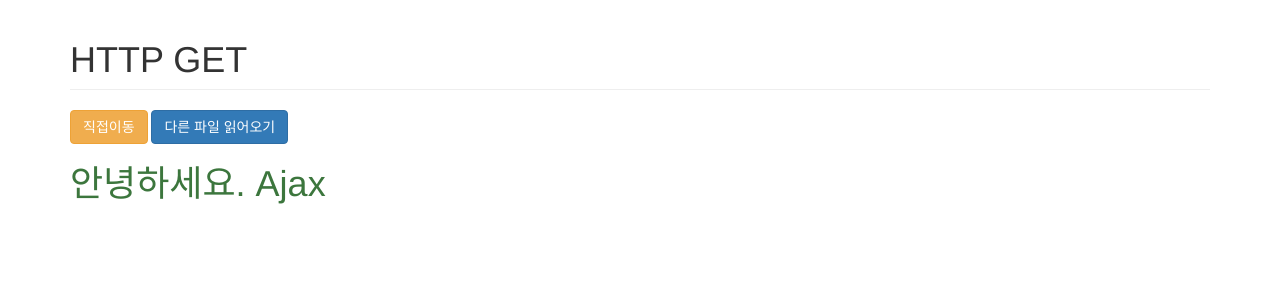
Repository: philip-yoo/test4
Page: aj/Hello/WebContent/jq15/03-get.html
The author's editor kept a copy of each file at every save. The page is drawn from the files as they stood at one save, then again after the next save.
The browser window is 1280 px wide. The pictures show the whole page.
After loading, the first visible `#mybutton` was clicked once.
The page's requests for data from a server got no answer.

Above is the page before, as saved 2020-12-02 05:47:30.

### aj/Hello/WebContent/jq15/03-get.html
<!DOCTYPE html>
<html>
<head>
<meta charset="utf-8">
<meta name="viewport" content="width=device-width,initial-scale=1.0,minimum-scale=1.0,
maximum-scale=1.0,user-scalable=no" />
<title>Hello Javascript</title>

    <link rel="stylesheet" href="http://maxcdn.bootstrapcdn.com/bootstrap/3.3.6/css/bootstrap.min.css"/>
    <script src="http://code.jquery.com/jquery.min.js"></script>
    <script src="http://maxcdn.bootstrapcdn.com/bootstrap/3.3.6/js/bootstrap.min.js"></script>
    <link rel="shortcut icon" href="/favicon.ico" type="image/x-icon">
<link rel="icon" href="/favicon.ico" type="image/x-icon">

<!-- AjaxHelper -->
<script src="../plugins/ajax/ajax_helper.js"></script>
<link rel="stylesheet" href="../plugins/ajax/ajax_helper.css" type="text/css" />
</head>

<body>
<div class="container">
<h1 class="page-header">HTTP GET</h1>
<!-- 직접 이동 -->
<a href="../api/get.do?num1=123&num2=456" class="btn btn-warning">직접이동</a>

<button id ="mybutton" class="btn btn-primary" type="button">다른 파일 읽어오기</button>
<!-- 결과가 출력될 div -->
<div id="result"></div>

</div>

<script type="text/javascript">
$(function(){
	$("#mybutton").click(function(e){
		$.ajax({
			//결과를 읽어올 url
			url: '../api/hello.html',
			//웹 프로그램에게 데이터를 전송하는 방식.
			//생략할 경우 get으로 자동 지정됨
			method:"get",
			//전달할 조건값은 json형식으로 구성
			//사용하지 않을 경우 명시 자체를 생략할 수 있다.
			data:{},
			//읽어올 내용 형식(생략할 경우 json)
			dataType:"html",
			//읽어온 내용을 처리하기 위한 함수
			success:function(req){
				//준비된 요소에게 읽어온 내용을 출력한다.
				$("#result").append(req);
			}
		});// end $.ajax

	});// end click
});
</script>
</body>
</html>

### aj/Hello/WebContent/plugins/ajax/ajax_helper.js
$(function() {
	// 로딩이미지를 표시하기 위한 div를 jquery로 추가하기
	var loader = $("<div>").addClass('ajax-loader');
	loader.hide();
	$("body").prepend(loader);

	$.ajaxSetup( {
		/** ajax 기본 옵션 */
		cache: false,			// 캐쉬 사용 금지 처리
		dataType: 'json',		// 읽어올 내용 형식 (html,xml,json)
		timeout: 30000,			// 타임아웃 (30초)

		// 통신 시작전 실행할 기능 (ex: 로딩바 표시)
		beforeSend: function() {
			// 현재 통신중인 대상 페이지를 로그로 출력함
			console.log(">> Ajax 통신 시작 >> " + this.url);
			loader.show();
		},
		// 통신 실패시 호출될 함수 (파라미터는 에러내용)
		error: function(error) {
			// 404 -> Page Not Found
			// 50x -> Server Error(웹 프로그램 에러)
			// 200, 0 -> 내용의 형식 에러(JSON,XML)
			console.log(">> 에러!!!! >> " + error.status);

			var error_msg = "[" + error.status + "] " + error.statusText;

			var code = parseInt(error.status / 100);
            if (code == 4) {	// 400번대의 에러인 경우
                error_msg = "잘못된 요청입니다.\n" + error_msg;
            } else if (code == 5) {
                error_msg = "서버의 응답이 없습니다.\n" + error_msg;
            } else if (code == 2 || code == 0) {
            	error_msg = "서버의 응답이 잘못되었습니다.\n" + error_msg;
            }

            alert(error_msg);
		},
		// 성공,실패에 상관 없이 맨 마지막에 무조건 호출됨 ex) 로딩바 닫기
		complete: function() {
			console.log(">> Ajax 통신 종료!!!!");
			loader.hide();
		}
	} );
});


// HTML 특수문자를 원래의 구문으로 되돌리는 함수.
function htmlspecialchar_decode(content) {
	// 임의의 HTML 태그를 생성하여 내용을 출력시킨다.
	// --> append 등의 출력 처리를 하지 않았으므로 화면에 표시되지는 않는
	var div = $("<div>").html(content);
	// 브라우저에 표시될 내용을 리턴한다.
	return div.text();
}

### aj/Hello/WebContent/plugins/ajax/ajax_helper.css
.ajax-loader {
	display: block;
	width: 24px;
	height: 24px;

	position: fixed;
	left: 50%;
	top: 50%;
	margin-top: -12px;
	margin-left: -12px;
	z-index: 9999999;

	background-size: 100% 100%;
	background-repeat: no-repeat;
	background-image: url('loading.gif');
}

### aj/Hello/WebContent/api/hello.html
<h1 class="text-success">안녕하세요. Ajax</h1>

After the next save:
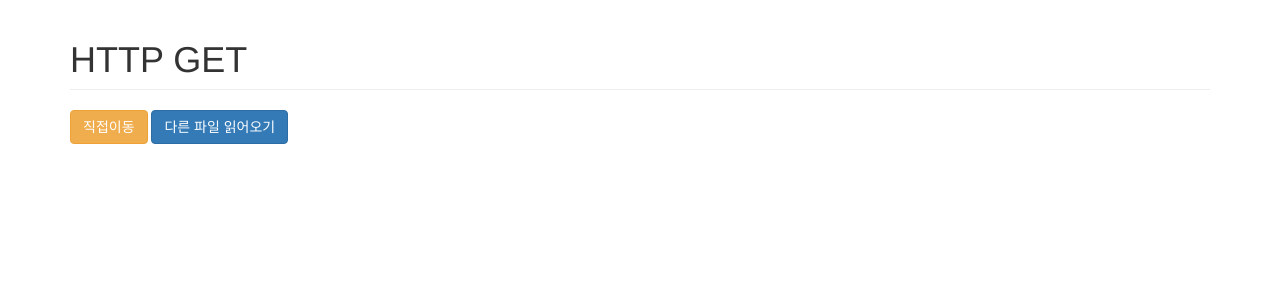
Saved 2 min 43 s later.
--- a/aj/Hello/WebContent/jq15/03-get.html
+++ b/aj/Hello/WebContent/jq15/03-get.html
@@ -32,20 +32,22 @@ maximum-scale=1.0,user-scalable=no" />
 <script type="text/javascript">
 $(function(){
 	$("#mybutton").click(function(e){
+		e.preventDefault();
+
 		$.ajax({
 			//결과를 읽어올 url
-			url: '../api/hello.html',
+			url: '../api/get.php',
 			//웹 프로그램에게 데이터를 전송하는 방식.
 			//생략할 경우 get으로 자동 지정됨
 			method:"get",
 			//전달할 조건값은 json형식으로 구성
-			//사용하지 않을 경우 명시 자체를 생략할 수 있다.
-			data:{},
+			data:{ num1:123, num2 : 456},
 			//읽어올 내용 형식(생략할 경우 json)
 			dataType:"html",
 			//읽어온 내용을 처리하기 위한 함수
 			success:function(req){
-				//준비된 요소에게 읽어온 내용을 출력한다.
+				//req는 url에 지정된 페이지에 접속했을 경우
+				//브라우저에 표ㅕ시되는 html소스 자체.
 				$("#result").append(req);
 			}
 		});// end $.ajax
